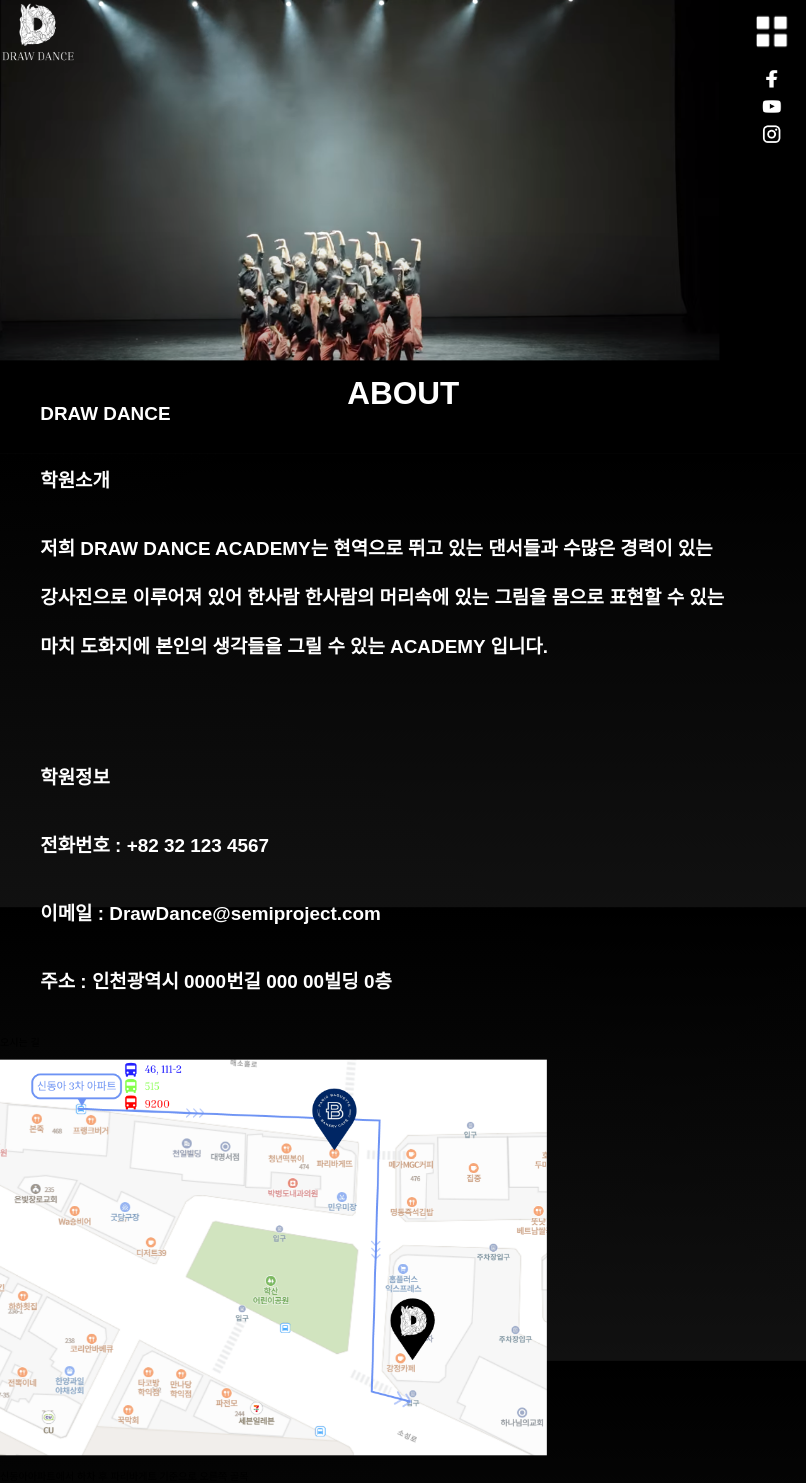
Repository: seonghun9906/semiProject
Page: http://localhost/drawAcademy/WEB-INF/views/headerMenu/about.jsp
These files come from the project's save history. The page is drawn as it stood at one moment and after the next save; the edit follows.
The browser window is 1280 px wide. The pictures show the whole page, at 63% of full size.
The page is served by Tomcat 9. Nobody is signed in. The template is opened directly, without the code that normally fills it, so the values that code supplies are empty.

Above is the page before, as saved 2024-02-26 04:32:31.

After the next save:
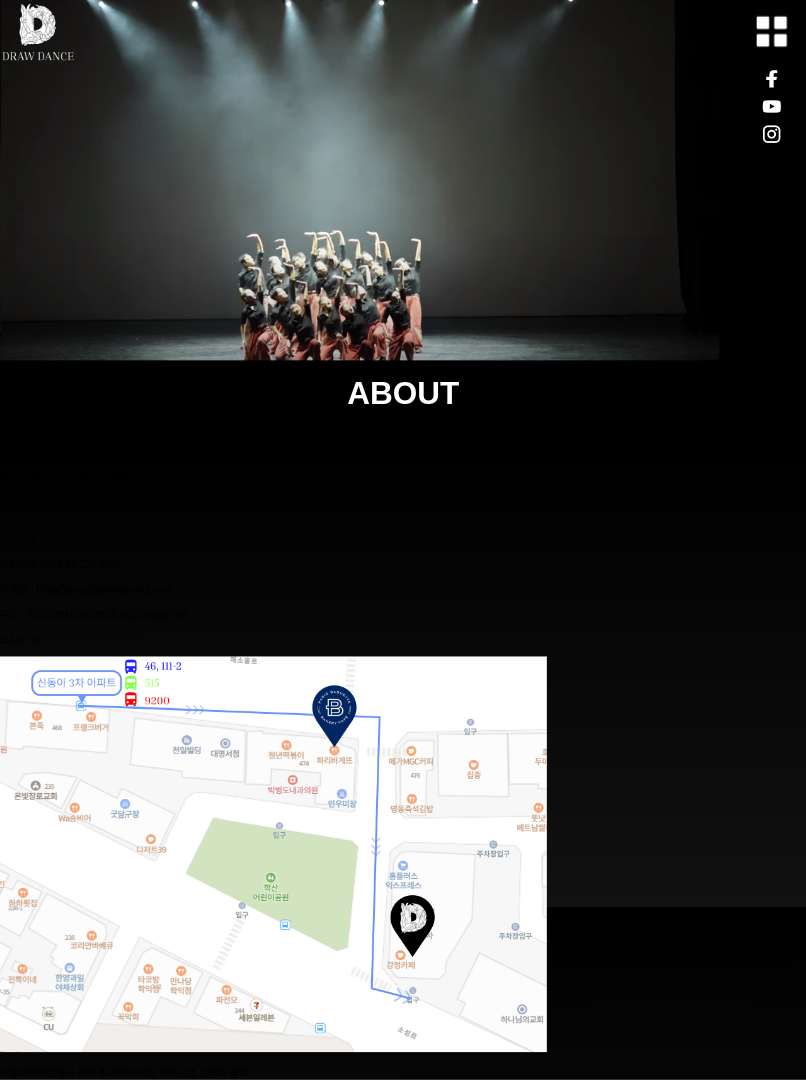
Saved 91 s later.
--- a/drawAcademy/src/main/webapp/resources/css/about.css
+++ b/drawAcademy/src/main/webapp/resources/css/about.css
@@ -157,11 +157,3 @@ body {
    width: 200px;
    height: 200px;
    }
-
- .bodyMain .middle-part p{
-  	text-align: left;
-   color: #ffffff;
-   font-size: 30px;
-   font-weight: bold;
-   margin: 5%;
-  }
